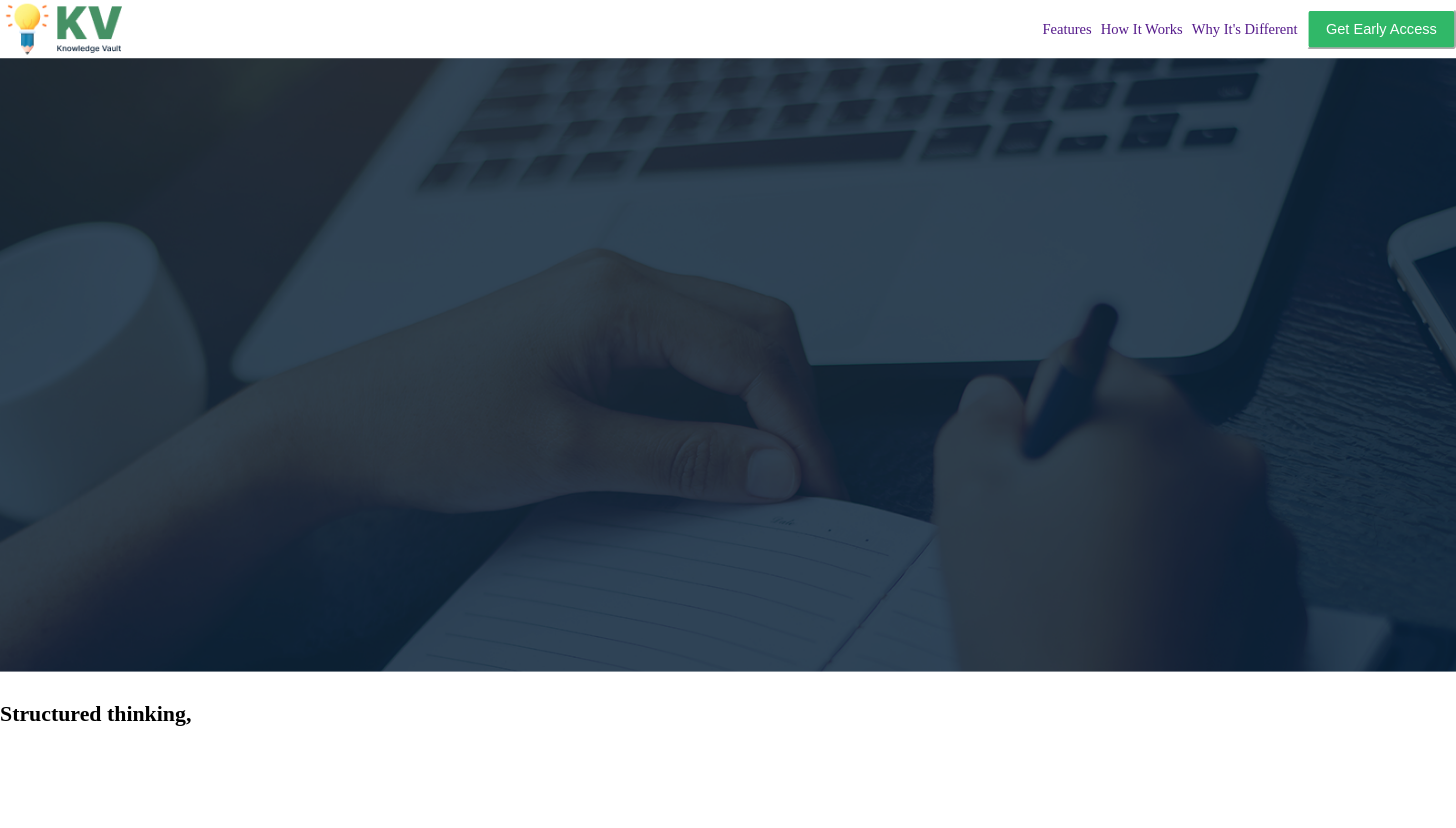
Repository: tanimtanzilislam/Assignment1-PH
Page: index.html
The author's editor kept a copy of each file at every save. The page is drawn from the files as they stood at one save, then again after the next save.
The browser window is 1280 px wide. The page is 1600 px wide, so the pictures cover 1600 px, including what lies to the right of the window. The pictures show the whole page, at 91% of full size.

Above is the page before, as saved 2026-01-17 05:21:53.

After the next save:
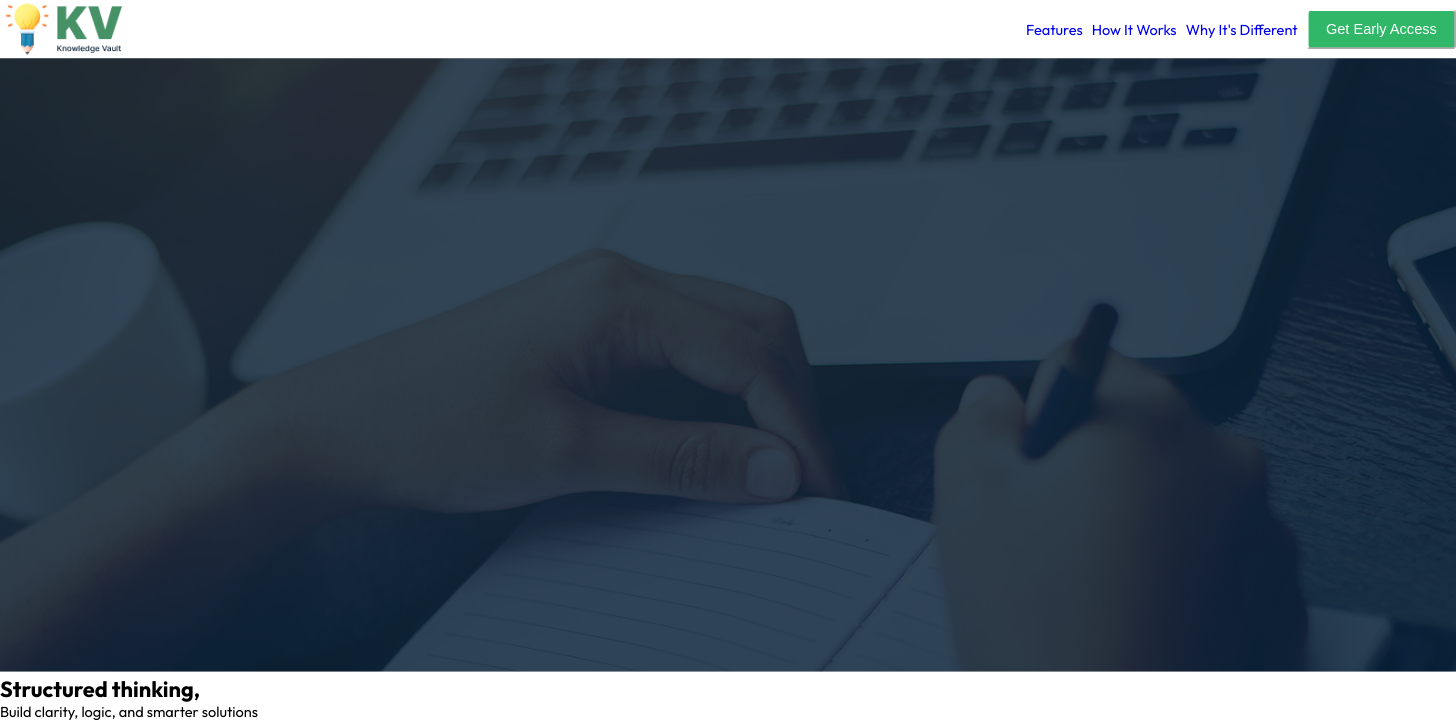
Saved 2 days later.
--- a/index.html
+++ b/index.html
@@ -3,53 +3,43 @@
 <head>
     <meta charset="UTF-8">
     <meta name="viewport" content="width=device-width, initial-scale=1.0">
-    <title>Document</title>
-    <link rel="stylesheet" href="./style.css">
     <title>Assignment 1</title>
 
+    <link rel="stylesheet" href="./style.css">
 
-<link rel="preconnect" href="https://fonts.googleapis.com">
-<link rel="preconnect" href="https://fonts.gstatic.com" crossorigin>
-<link href="https://fonts.googleapis.com/css2?family=Inter:ital,opsz,wght@0,14..32,100..900;1,14..32,100..900&family=Open+Sans:ital,wght@0,300..800;1,300..800&family=Outfit:wght@100..900&family=Poppins:ital,wght@0,100;0,200;0,300;0,400;0,500;0,600;0,700;0,800;0,900;1,100;1,200;1,300;1,400;1,500;1,600;1,700;1,800;1,900&display=swap" rel="stylesheet">
+    <!-- Google Fonts -->
+    <link rel="preconnect" href="https://fonts.googleapis.com">
+    <link rel="preconnect" href="https://fonts.gstatic.com" crossorigin>
+    <link href="https://fonts.googleapis.com/css2?family=Outfit:wght@100..900&display=swap" rel="stylesheet">
+</head>
 
+<body class="font-inter">
 
+<header>
+    <!-- NAVBAR -->
+    <nav class="navbar">
+        <div class="logo-navbar">
+            <img src="./assets/logo-navbar.png" alt="Logo">
+        </div>
 
-</head>
-<body class=".font-inter">
+        <ul class="nav-list">
+            <li><a href="#">Features</a></li>
+            <li><a href="#">How It Works</a></li>
+            <li><a href="#">Why It's Different</a></li>
+            <li><button class="nav-button">Get Early Access</button></li>
+        </ul>
+    </nav>
 
-    <header>
-        <nav class="navbar">
-            <div class="logo-navbar">
-            <img src="./assets/logo-navbar.png" alt="">
-            </div>
+    <!-- BANNER -->
+    <section id="banner">
+        <img src="./assets/hero-bg.png" alt="Background" class="bg-img">
 
-            <ul class="nav-list">
-                <li> <a href=""> Features</a></li>
-                <li><a href=""> How It Works</a> </li>
-
-
-                <li><a href=""> Why It's Different</a></li>
-               <li><button class="nav-button">Get Early Access</button></li>
-
-
-
-                </ul>
-
-
-
-
-        </nav>
-
-        <section id="banner">
-
-            <img src="./assets/hero-bg.png" alt="" class="bg-img">
-              <div class="head1"> <h1>Structured thinking,</h1></div>
-
-
-        </section>
-    </header>
-
-
+        <div class="banner-content">
+            <h1>Structured thinking,</h1>
+            <p>Build clarity, logic, and smarter solutions</p>
+        </div>
+    </section>
+</header>
 
 </body>
 </html>
